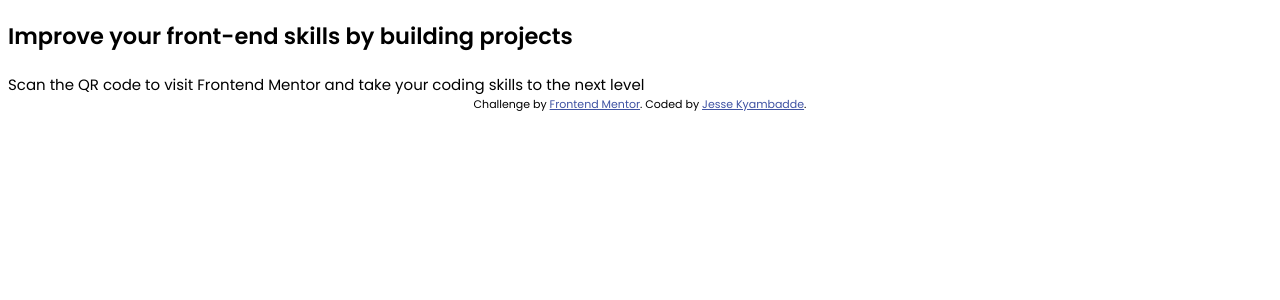
Repository: jesar-enl/qr-code-component-main-sample
Page: index.html
The author's editor kept a copy of each file at every save. The page is drawn from the files as they stood at one save, then again after a run of saves.
The browser window is 1280 px wide. The pictures show the whole page.

Above is the page before, as saved 2022-03-04 08:51:27.

### index.html
<!DOCTYPE html>
<html lang="en">
<head>
  <meta charset="UTF-8">
  <meta name="viewport" content="width=device-width, initial-scale=1.0"> <!-- displays site properly based on user's device -->

  <link rel="icon" type="image/png" sizes="32x32" href="./images/favicon-32x32.png">

  <title>Frontend Mentor | QR code component</title>

  <!-- Feel free to remove these styles or customize in your own stylesheet 👍 -->
  <style>
    .attribution { font-size: 11px; text-align: center; }
    .attribution a { color: hsl(228, 45%, 44%); }
  </style>
  <link rel="stylesheet" href="style.css">
  <link href="https://fonts.googleapis.com/css2?family=Outfit:wght@400;700&family=Poppins:wght@300;400;500;600&display=swap" rel="stylesheet">
</head>
<body>
  <div class="container">
    <div class="container__image">

    </div>
    <div class="container__text">
      <h2 class="container__text-heading">Improve your front-end skills by building projects</h2>
      <h4 class="container__text-para"></h4>
    </div>
  </div>



  Scan the QR code to visit Frontend Mentor and take your coding skills to the next level

  <div class="attribution">
    Challenge by <a href="https://www.frontendmentor.io?ref=challenge" target="_blank">Frontend Mentor</a>.
    Coded by <a href="#">Jesse Kyambadde</a>.
  </div>
</body>
</html>

### style.css
* {
    box-sizing: border-box;
}
 body {
     font-size: 15px;
     font-family: 'Outfit', sans-serif;
     font-family: 'Poppins', sans-serif;
 }

After the next 2 saves:
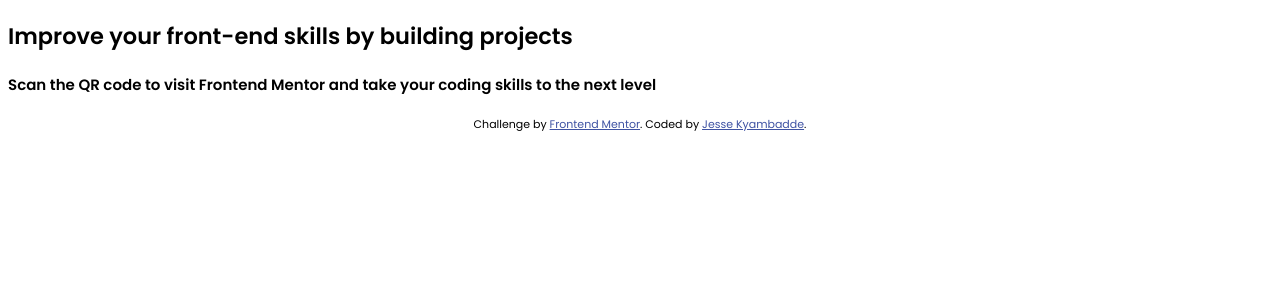
The 2 saves are shown as one change because they came seconds apart.
The last was saved 10 s later.
--- a/index.html
+++ b/index.html
@@ -23,13 +23,13 @@
     </div>
     <div class="container__text">
       <h2 class="container__text-heading">Improve your front-end skills by building projects</h2>
-      <h4 class="container__text-para"></h4>
+      <h4 class="container__text-para">Scan the QR code to visit Frontend Mentor and take your coding skills to the next level</h4>
     </div>
   </div>
 
 
 
-  Scan the QR code to visit Frontend Mentor and take your coding skills to the next level
+
 
   <div class="attribution">
     Challenge by <a href="https://www.frontendmentor.io?ref=challenge" target="_blank">Frontend Mentor</a>.
